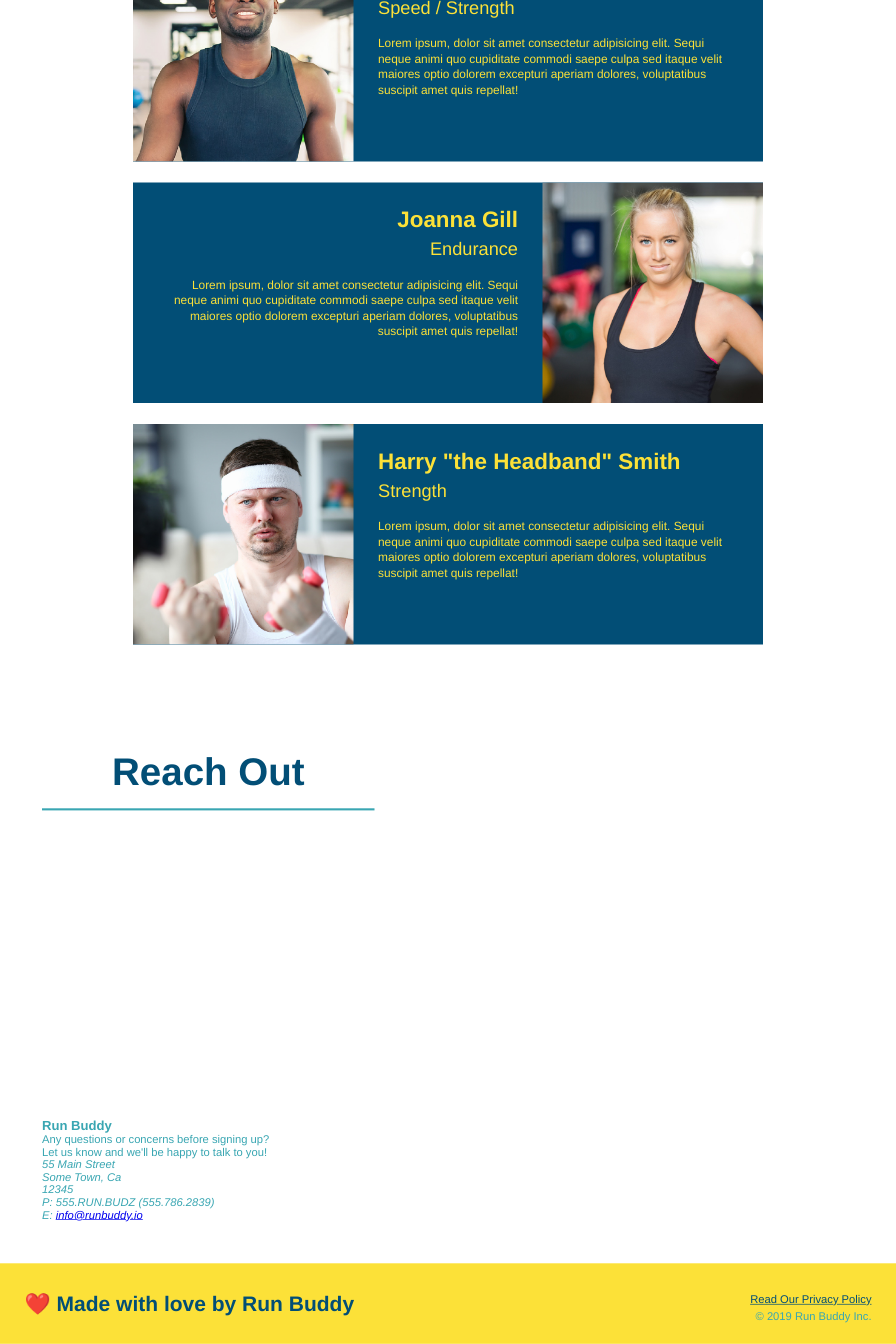
Repository: symlara/run-buddy
Page: index.html
These files come from the project's save history. The page is drawn as it stood at one moment and after the next save; the edit follows.
The browser window is 1280 px wide. The pictures show the part of the page from y = 2524 to 4444 px (the page is 4444 px tall), at 70% of full size.
Pictures or frames that could not be fetched are drawn as grey boxes.

Above is the page before, as saved 2020-12-10 15:47:15.

### index.html
<!DOCTYPE html>
<html lang="en">
    <head>
        <link rel="stylesheet" href="./assets/css/style.css" />
        <meta charset="UTF-8"/>
        <title>Run Buddy</title>
    </head>
    <body>
        <!-- navigation -->
        <header>
        <a href="/"><h1>RUN BUDDY</h1></a>
        <nav>
            <!-- Unordered list element -->
            <ul>
                <!-- List item element -->
                <li>
                    <!-- Anchor Element -->
                    <a href="#what-we-do">What We Do</a>
                </li>
                <li>
                    <a href="#what-you-do">What You Do</a>
                </li>
                <li>
                    <a href="#your-trainers">Your Trainers</a>
                </li>
                <li>
                    <a href="#reach-out">Reach Out</a>
                </li>
            </ul>
        </nav>
        </header>

        <!-- hero section -->
        <section class="hero">
        <div class="hero-form">
            <h3>Get Started Today</h3>
            <p>Fill out this form and one of our trainers will schedule a consult</p>
            <!-- Add form elements -->
            <form>
                <label for="name">Enter full name:</label>
                <input type="text" placeholder="Your Name" name="name" id="name" class="form-input" />
                <label for="email">Enter Email Address:</label>
                <input type="email" placeholder="Email Address" name="email" id="email" class="form-input" />
                <label for="phone">Enter a telephone number</label>
                <input type="tel" placeholder="Phone Number" name="phone" id="phone" class="form-input" />
                <p>
                    Have you worked out with a trainer before?
                    <input type="radio" name="trainer-confirm" id="trainer-yes" />
                    <label for="trainer-yes">Yes</label>
                    <input type="radio" name="trainer-confirm" id="trainer-no" />
                    <label for="trainer-no">No</label>
                </p>
                <p>
                    <label for="checkbox">
                    I acknowledge that I am at least 18 years of age.
                    </label>
                    <input type="checkbox" name="age-confirm" id="checkbox" />
                </p>
                <button type="submit">
                    Get running!
                </button>
            </form>
        </div>
    </section>
    <!-- end hero -->

        <!-- hero/jumbotron -->
        <section></section>

        <!-- "what we do" section -->
        <section id="what-we-do" class="intro">
            <h2 class="section-title primary-border">What We Do</h2>
            <p>
                butcher selfies chambray shabby chic gentrify readymade yr Echo Park XOXO Tumblr normcore Banksy direct trade Blue Bottle chillwave you probably haven't heard of them single-origin coffee Vice fanny pack fixie Odd Future Austin fingerstache pickled twee synth Wes Anderson Thundercats viral bitters flannel meggings narwhal Marfa Schlitz sustainable Intelligentsia umami deep v craft
            </p>
        </section>

        <!-- "what you do" section -->
        <section id="what-you-do" class="steps">
            <h2 class="section-title secondary-border">What You Do</h2>

            <div>
                <!-- insert this img element -->
                <img src="./assets/images/step-1.svg" alt="" />
                <h3>Step 1: <span>Fill Out the Form Above.</span></h3>
                <p>You're already here, so why not?</p>
            </div>

            <div>
                <!-- insert this img element -->
                <img src="./assets/images/step-2.svg" alt="" />
                <h3>Step 2: <span>Consult with One of Our Trainers.</span></h3>
                <p>Are you here to build muscle, lose weight, or just feel good?</p>
            </div>

            <div>
                <!-- insert this img element -->
                <img src="./assets/images/step-3.svg" alt="" />
                <h3>Step 3: <span>Get Running</span></h3>
                <p>Hit the ground running (literally) once your trainer lays out your plan</p>
            </div>

            <div>
                <!-- insert this img element -->
                <img src="./assets/images/step-4.svg" alt="" />
                <h3>Step 4: <span>See Results</span></h3>
                <p>Bi-Weekly checkins with your trainer will keep you focused</p>
            </div>
        </section>

        <!-- "meet the trainers" section -->
        <section id="your-trainers" class="trainers">
            <h2 class="section-title primary-border">Meet The Trainers

            </h2>

            <!-- first trainer bio -->
            <article class="trainer">
                <img src="./assets/images/trainer-1.jpg" alt="Arron Stephens in his workout clothes, ready to pump iron" />
                <div class="trainer-bio text-left">
                    <h3>Arron Stephens</h3>
                    <h4>Speed / Strength</h4>
                    <p>
                        Lorem ipsum, dolor sit amet consectetur adipisicing elit. Sequi neque animi quo cupiditate commodi saepe culpa sed
                        itaque velit maiores optio dolorem excepturi aperiam dolores, voluptatibus suscipit amet quis repellat!
                    </p>
                </div>
            </article>
            <!-- first trainer end -->

            <!--second trainer bio -->
            <article class="trainer">
                <div class="trainer-bio text-right">
                    <h3>Joanna Gill</h3>
                    <h4>Endurance</h4>
                    <p>
                        Lorem ipsum, dolor sit amet consectetur adipisicing elit. Sequi neque animi quo cupiditate commodi saepe culpa sed
                        itaque velit maiores optio dolorem excepturi aperiam dolores, voluptatibus suscipit amet quis repellat!
                    </p>
                </div>
                <img src="./assets/images/trainer-2.jpg" alt="Joanna Gill cooling off after a workout" />
            </article>
            <!-- second trainer end-->

            <!-- third trainer bio -->
            <article class="trainer">
                <img src="./assets/images/trainer-3.jpg" alt="Harry Smith wearing a headband and lifting comically small pink weights" />
                <div class="trainer-bio text-left">
                    <h3>Harry "the Headband" Smith</h3>
                    <h4>Strength</h4>
                    <p>
                        Lorem ipsum, dolor sit amet consectetur adipisicing elit. Sequi neque animi quo cupiditate commodi saepe culpa sed
                        itaque velit maiores optio dolorem excepturi aperiam dolores, voluptatibus suscipit amet quis repellat!
                    </p>
                </div>
            </article>
            <!-- third trainer end -->
        </section>

        <!-- "reach out" section -->
        <section id="reach-out" class="contact">
            <h2 class="section-title secondary-border">Reach Out</h2>
            <div class="contact-info">
                <iframe src="https://www.google.com/maps/embed?pb=!1m18!1m12!1m3!1d3221.7111422227936!2d-86.80586308470178!3d36.14924591176938!2m3!1f0!2f0!3f0!3m2!1i1024!2i768!4f13.1!3m3!1m2!1s0x886466bdcf68adc5%3A0x468be65e4a8f7eb1!2s2201%20West%20End%20Ave%2C%20Nashville%2C%20TN%2037212!5e0!3m2!1sen!2sus!4v1607634799030!5m2!1sen!2sus"
                    frameborder="0"
                    height="400"
                    width="400"
                    style="border: 0"
                    allowfullscreen
                >
                </iframe>
            </div>

            <div>
                <h3>Run Buddy</h3>
                <p>
                    Any questions or concerns before signing up?
                    <br />
                    Let us know and we'll be happy to talk to you!
                </p>
                <address>
                    55 Main Street <br />
                    Some Town, Ca <br />
                    12345<br />
                    P: 555.RUN.BUDZ (555.786.2839)<br />
                    E: <a href="mailto:info@runbuddy.io">info@runbuddy.io</a>
                </address>
            </div>
        </section>

        <!-- footer -->
        <footer>
            <h2>❤️ Made with love by Run Buddy</h2>
            <div>
                <a href="#">Read Our Privacy Policy</a><br />
                &copy; 2019 Run Buddy Inc.
            </div>
        </footer>
    </body>

    </html>

### assets/css/style.css
* {
    margin: 0;
    padding: 0;
    box-sizing: border-box;
}


body {
    /* more on this crazy alphanumerical value in a minute */
    color: #39a6b2;
    font-family: Helvetica, Arial, sans-serif;
}

/* apply styles to header */
header {
    padding: 20px 35px;
    background-color: #39a6b2;
}

header h1 {
    font-weight: bold;
    font-size: 36px;
    color: #fce138;
    margin: 0;
    display: inline;
}

header a {
    text-decoration: none;
    color: #fce138;
}

header nav {
    float: right;
    margin: 7px 0;
}

header nav ul li {
    display: inline;
}

header nav ul li a {
    margin: 0 30px;
    font-weight: lighter;
    font-size: 22px;
}

footer {
    background: #fce138;
    width: 100%;
    padding: 40px 35px;
  }

footer h2 {
    display: inline;
    color: #024e76;
    font-size: 30px;
    margin: 0;
}

footer div {
    float: right;
    line-height: 1.5;
    text-align: right;
}

footer a {
    color: #024e76;
}

section {
    padding: 60px;
}

/* Hero Style Start */
.hero {
    background-image: url("../images/hero-bg.jpg");
    height: 600px;
    background-size: cover;
    background-position: center;
    position: relative;
}
/*The height property fixed at 600px gives an exact size of the section, which is important in this context to allow room for the sign-up form.*/


.hero-form {
    border: solid 3px #024e76;
    background-color: #fce138;
    padding: 20px;
    width: 500px;
    color: #024e76;
    position: absolute;
    bottom: 120px;
    right: 140px;
}

.hero-form h3 {
    font-size: 24px;
    margin: 0;
}

.hero-form p {
    margin: 5px 0 15px 0;
}

.form-input {
    border: 1px solid #024e76;
    display: block;
    padding: 7px 15px;
    font-size: 16px;
    color: #024e76;
    width: 100%;
    margin-bottom: 15px;
}

.hero-form label {
    margin: 0 5px;
}

.hero-form button {
    color: #fce138;
    background-color: #024e76;
    border: none;
    padding: 10px 20px;
    font-size: 16px;
}
/* Hero Style End */

/*What We Do Section */
.intro {
    text-align: center;
}

.intro p {
    line-height: 1.7;
    color: #39a6b2;
    width: 80%;
    font-size: 20px;
    margin: 0 auto;
}

/*What We Do End*/

.section-title {
    display: inline-block;
    font-size: 55px;
    color: #024e76;
    margin-bottom: 35px;
    padding: 0 100px 20px 100px;
    border-bottom: 3px solid;
}

.primary-border {
    border-color: #fce138;
}

.secondary-border {
    border-color: #39a6b2;
}

/* What You Do Section */
.steps {
    text-align: center;
    background: #fce138;
}

.steps div {
    margin-bottom: 80px;
}

.steps img {
    width: 15px;
    margin: 10px 0;
}

.steps h3 {
    color: #024e76;
    font-size: 46px;
    margin-top: 10px;
}

.steps p {
    color: #39a6b2;
    font-size: 23px;
}

.steps span {
    font-size: 38px;
}


/* What You Do End */

/* Your Trainers Section */
.trainers {
    text-align: center;
}

.trainer {
    width: 900px;
    margin: 0 auto 30px auto;
    background: #024e76;
    color: #fce138;
    overflow: auto;
}

.trainer img {
    width: 35%;
    float: left;
}

.trainer-bio {
    padding: 35px;
    float: left;
    width: 65%;
}

.text-left {
    text-align: left;
}

.text-right {
    text-align: right;
}

.trainer-bio h3 {
    font-size: 32px;
    margin-bottom: 8px;
}

.trainer-bio h4 {
    font-weight: lighter;
    font-size: 26px;
    margin-bottom: 25px;
}

.trainer-bio p {
    font-size: 17px;
    line-height: 1.3;
}
/* Your Trainers Section End */

/* Contact Info Section*/
.contact {
    background-color:
}

After the next save:
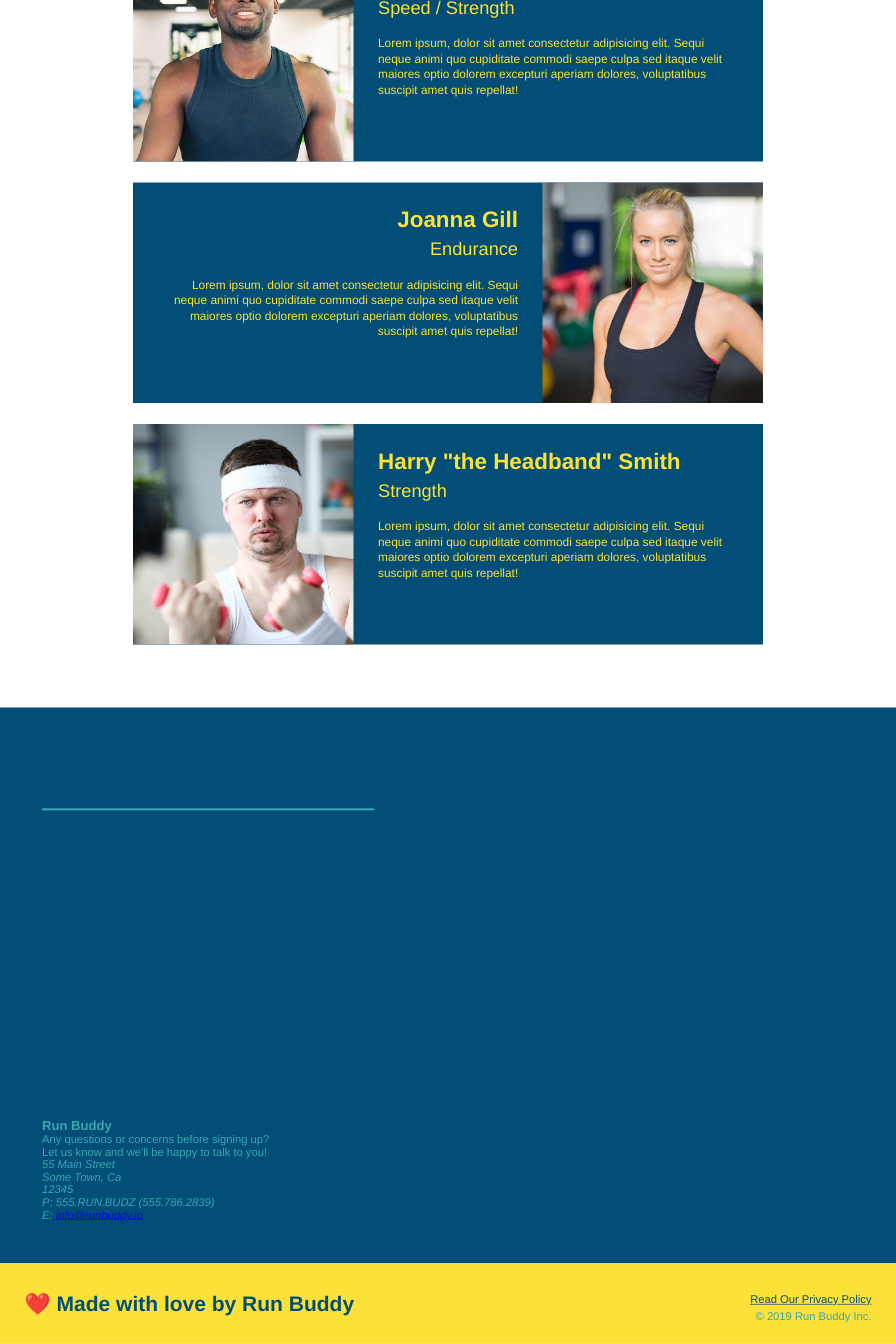
Saved 12 s later.
--- a/assets/css/style.css
+++ b/assets/css/style.css
@@ -242,5 +242,5 @@
 
 /* Contact Info Section*/
 .contact {
-    background-color:
-}
+    background-color: #024e76;
+}
